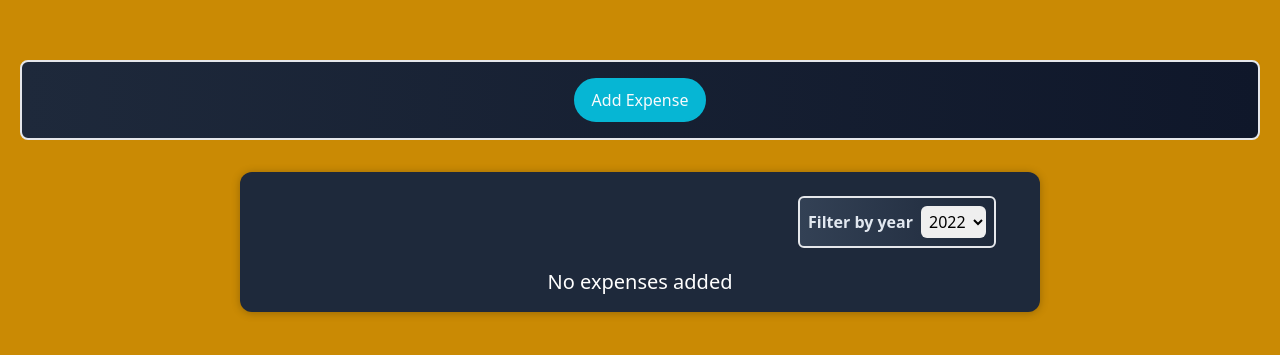
Repository: Sef24/expense-tracker
Page: /
These files come from the project's save history. The page is drawn as it stood at one moment and after the next save; the edit follows.
The browser window is 1280 px wide. The pictures show the whole page.
The project was rebuilt for these pictures with package versions that can differ from the ones it lists, and the page was loaded fresh each time. Also part of the build but not shown: src/components/ExpenseItem.css, src/components/ExpenseDate.css, src/components/ExpenseDate.js, src/components/ExpenseItem.js, src/components/NewExpense/NewExpense.css, src/components/NewExpense/ExpenseForm.css, src/components/NewExpense/ExpenseForm.js.

Above is the page before, as saved 2022-05-03 20:27:00.

### public/index.html
<!DOCTYPE html>
<html lang="en">
  <head>
    <meta charset="utf-8" />
    <link rel="icon" href="%PUBLIC_URL%/favicon.ico" />
    <meta name="viewport" content="width=device-width, initial-scale=1" />

    <meta
      name="description"
      content="Web site created using create-react-app"
    />
    <link rel="apple-touch-icon" href="%PUBLIC_URL%/logo192.png" />
    <!--
      manifest.json provides metadata used when your web app is installed on a
      user's mobile device or desktop. See https://developers.google.com/web/fundamentals/web-app-manifest/
    -->
    <link rel="manifest" href="%PUBLIC_URL%/manifest.json" />
    <!--
      Notice the use of %PUBLIC_URL% in the tags above.
      It will be replaced with the URL of the `public` folder during the build.
      Only files inside the `public` folder can be referenced from the HTML.

      Unlike "/favicon.ico" or "favicon.ico", "%PUBLIC_URL%/favicon.ico" will
      work correctly both with client-side routing and a non-root public URL.
      Learn how to configure a non-root public URL by running `npm run build`.
    -->
    <title>React App</title>
  </head>
  <body>
    <noscript>You need to enable JavaScript to run this app.</noscript>
    <div id="root"></div>
    <!--
      This HTML file is a template.
      If you open it directly in the browser, you will see an empty page.

      You can add webfonts, meta tags, or analytics to this file.
      The build step will place the bundled scripts into the <body> tag.

      To begin the development, run `npm start` or `yarn start`.
      To create a production bundle, use `npm run build` or `yarn build`.
    -->
  </body>
</html>

### src/index.css
@tailwind base;
@tailwind components;
@tailwind utilities;

@layer base {
  body {
    @apply bg-yellow-600;
  }
}

### src/App.js
import Expenses from "./components/Expenses";
import NewExpense from "./components/NewExpense/NewExpense";
import { useState } from "react";

const DUMMY_DATA = [
  {
    id: "e1",
    title: "Phone",
    amount: 94.12,
    date: new Date(2020, 7, 14),
  },
  { id: "e2", title: "New TV", amount: 799.49, date: new Date(2021, 2, 12) },
  {
    id: "e3",
    title: "Car Insurance",
    amount: 294.67,
    date: new Date(2021, 2, 28),
  },
  {
    id: "e4",
    title: "New Desk (Wooden)",
    amount: 450,
    date: new Date(2021, 5, 12),
  },
];

function App() {
  const [expenses, setExpenses] = useState(DUMMY_DATA);

  const addExpenseHandler = (expense) => {
    setExpenses((prevExpenses) => {
      return [expense, ...prevExpenses];
    });
  };
  return (
    <div>
      <div>
        <NewExpense onAddExpense={addExpenseHandler} />
        <Expenses items={expenses} />
      </div>
    </div>
  );
}

export default App;

### src/components/Expenses.js
import React, { useState } from "react";

import "./Expenses.css";
import ExpensesList from "./ExpensesList";
import ExpensesFilter from "./NewExpense/ExpensesFilter";

function Expenses(props) {
  const [filteredYear, setFilteredYear] = useState("2022");

  const filterChangeHandler = (selectedYear) => {
    setFilteredYear(selectedYear);
  };

  const filteredExpenses = props.items.filter((expense) => {
    return expense.date.getFullYear().toString() === filteredYear;
  });

  return (
    <div>
      <div className="expenses  bg-slate-800 ... ">
        <ExpensesFilter
          selected={filteredYear}
          onChangeFilter={filterChangeHandler}
        />
        <ExpensesList items={filteredExpenses} />
      </div>
    </div>
  );
}

export default Expenses;

### src/components/NewExpense/NewExpense.js
import React from "react";
import "./NewExpense.css";
import ExpenseForm from "./ExpenseForm";
import { useState } from "react";

function NewExpense(props) {
  const [isEditing, setIsEditing] = useState(false);

  const saveExpenseDataHandler = (enteredExpenseData) => {
    const expenseData = {
      ...enteredExpenseData,
      id: Math.random().toString(),
    };

    props.onAddExpense(expenseData);
    setIsEditing(false);
  };

  const startEditingHandler = () => {
    setIsEditing(true);
  };

  const stopEditingHandler = () => {
    setIsEditing(false);
  };

  return (
    <div className="flex flex-col sm:flex-row m-5 justify-between items-center h-auto rounded-lg">
      <div
        className="flex flex-grow justify-evenly w-full p-4 mt-10 items-center  border-2
      bg-gradient-to-r from-slate-800 to-slate-900 ... px-10 rounded-lg "
      >
        {!isEditing && (
          <button
            onClick={startEditingHandler}
            className="flex  items-center justify-center border-2 border-cyan-500 p-2 px-4 rounded-full text-slate-50
          cursor-pointer transition duration-100 transform hover:scale-125 hover:text-white
          bg-cyan-500 text-extra-bold
          "
          >
            Add Expense
          </button>
        )}
        {isEditing && (
          <ExpenseForm
            onSaveExpenseData={saveExpenseDataHandler}
            onCancel={stopEditingHandler}
          />
        )}
      </div>
    </div>
  );
}

export default NewExpense;

### src/components/Expenses.css
.expenses {
  padding: 1rem;

  margin: 2rem auto;
  width: 50rem;
  max-width: 95%;
  border-radius: 12px;
  box-shadow: 0 1px 8px rgba(0, 0, 0, 0.25);
}

### src/components/ExpensesList.js
import React from "react";

import ExpenseItem from "./ExpenseItem";

const ExpensesList = (props) => {
  if (props.items.length === 0) {
    return (
      <h2 className="text-white font-light text-xl flex items-center justify-center mt-3">
        No expenses added
      </h2>
    );
  }

  return (
    <ul>
      {props.items.map((expense) => (
        <ExpenseItem
          key={expense.id}
          id={expense.id}
          title={expense.title}
          amount={expense.amount}
          date={expense.date}
        />
      ))}
    </ul>
  );
};

export default ExpensesList;

### src/components/NewExpense/ExpensesFilter.js
import React from "react";

const ExpensesFilter = (props) => {
  const dropdownChangeHandler = (event) => {
    props.onChangeFilter(event.target.value);
  };
  return (
    <div className="">
      <div className="flex justify-end p-2 mr-5 ">
        <div
          className="border-2 rounded-md border-inherit p-2 ml-6
        bg-gradient-to-r from-slate-700 to-slate-800 ..."
        >
          <label className="text-slate-200 font-bold mr-2">
            Filter by year
          </label>
          <select
            value={props.selected}
            onChange={dropdownChangeHandler}
            className="rounded-md p-1"
          >
            <option value="2022">2022</option>
            <option value="2021">2021</option>
            <option value="2020">2020</option>
            <option value="2019">2019</option>
          </select>
        </div>
      </div>
    </div>
  );
};

export default ExpensesFilter;

Loaded but not shown: src/index.js (common file); tailwind.config.js (common file)

After the next save:
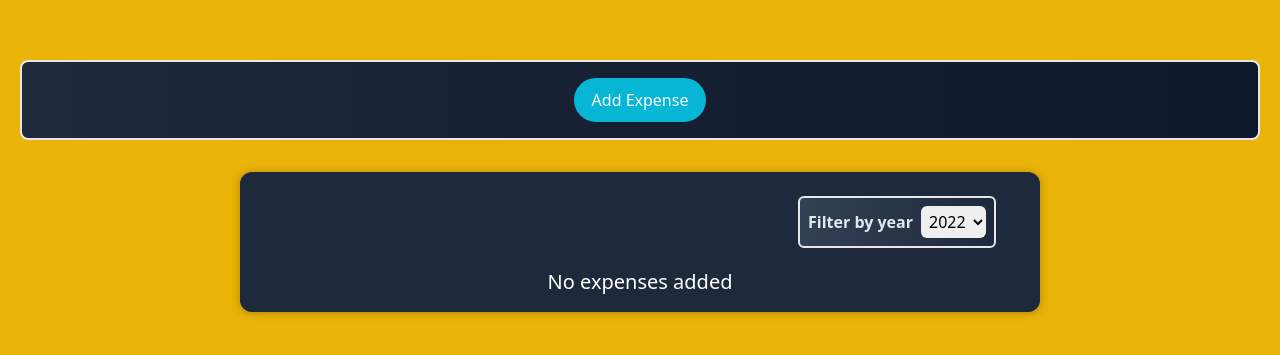
Saved 6 s later.
--- a/src/index.css
+++ b/src/index.css
@@ -4,6 +4,6 @@
 
 @layer base {
   body {
-    @apply bg-yellow-600;
+    @apply bg-yellow-500;
   }
 }
